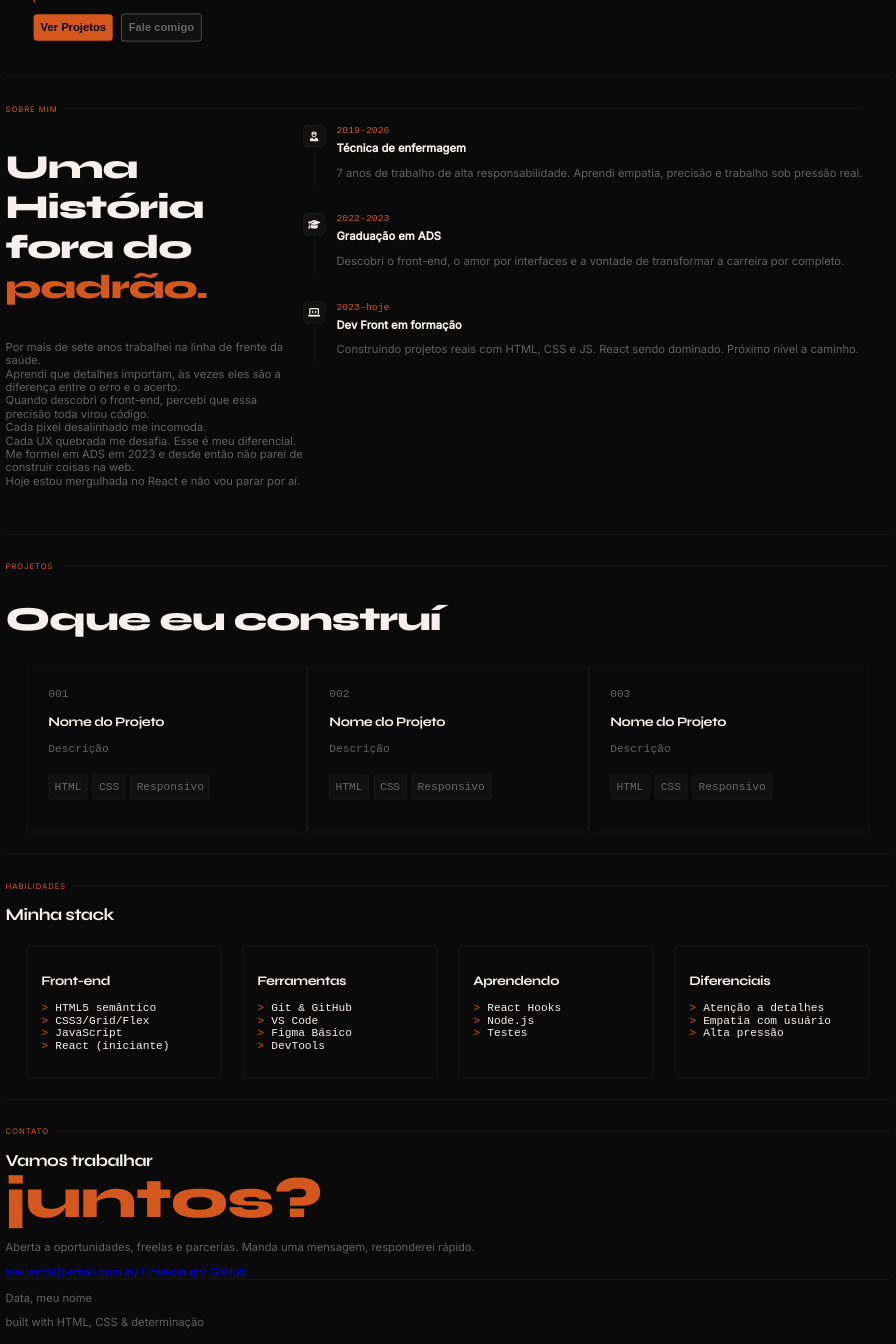
Repository: Bitroia/Portifolio
Page: index.html
The author's editor kept a copy of each file at every save. The page is drawn from the files as they stood at one save, then again after a run of saves.
The browser window is 1280 px wide. The pictures show the part of the page from y = 706 to 2626 px (the page is 2626 px tall), at 70% of full size.
Some web fonts or font styles are not loaded; a fallback is used.

Above is the page before, as saved 2026-04-30 19:22:08.

After the next 2 saves:
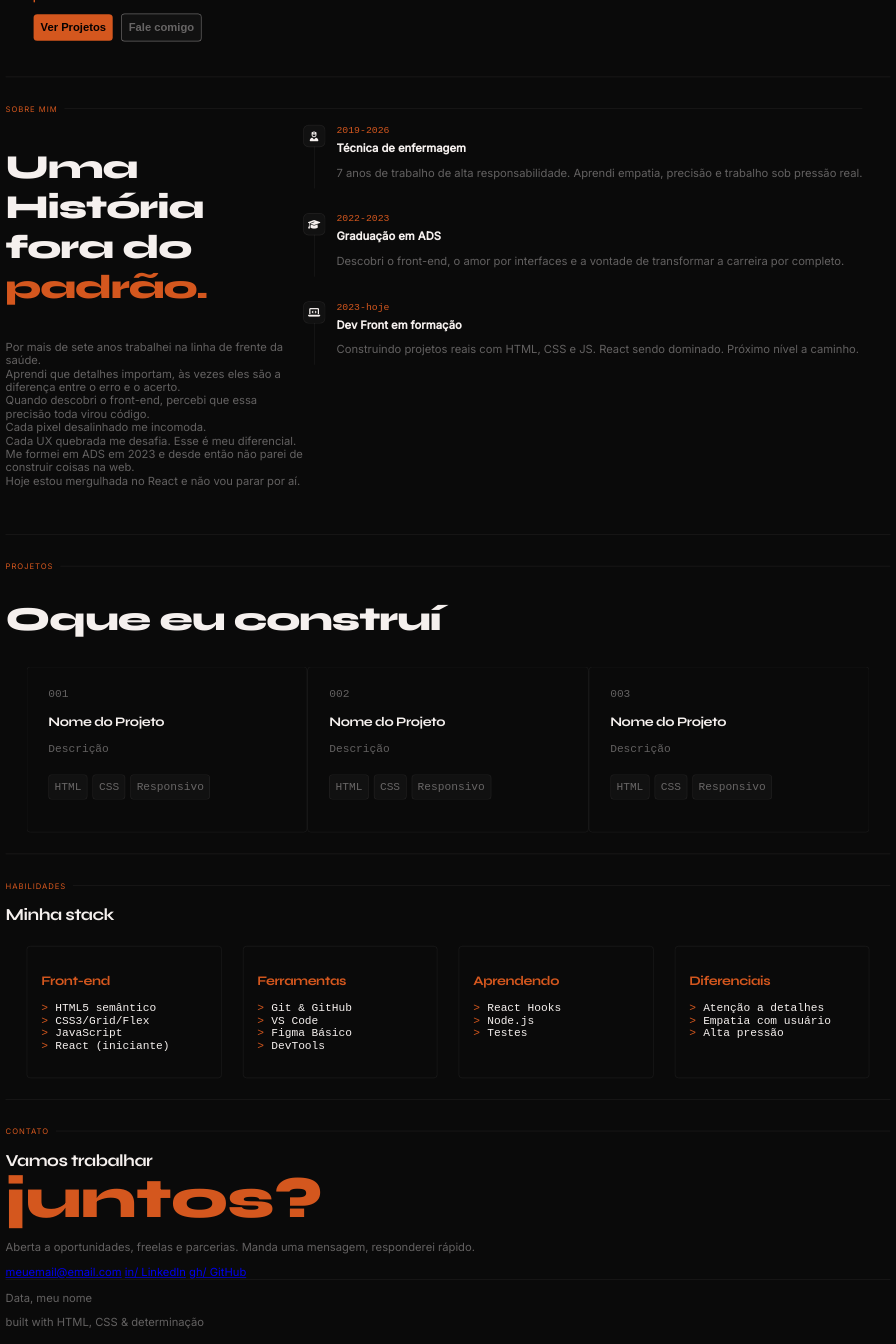
The 2 saves are shown as one change because they came seconds apart.
The last was saved 11 s later.
--- a/styles/style.css
+++ b/styles/style.css
@@ -476,7 +476,7 @@ background-color: var(--border);
 }
 
 .stack-card h3{
-
+  color: var(--accent);
 }
 
 .stack-ul li{
